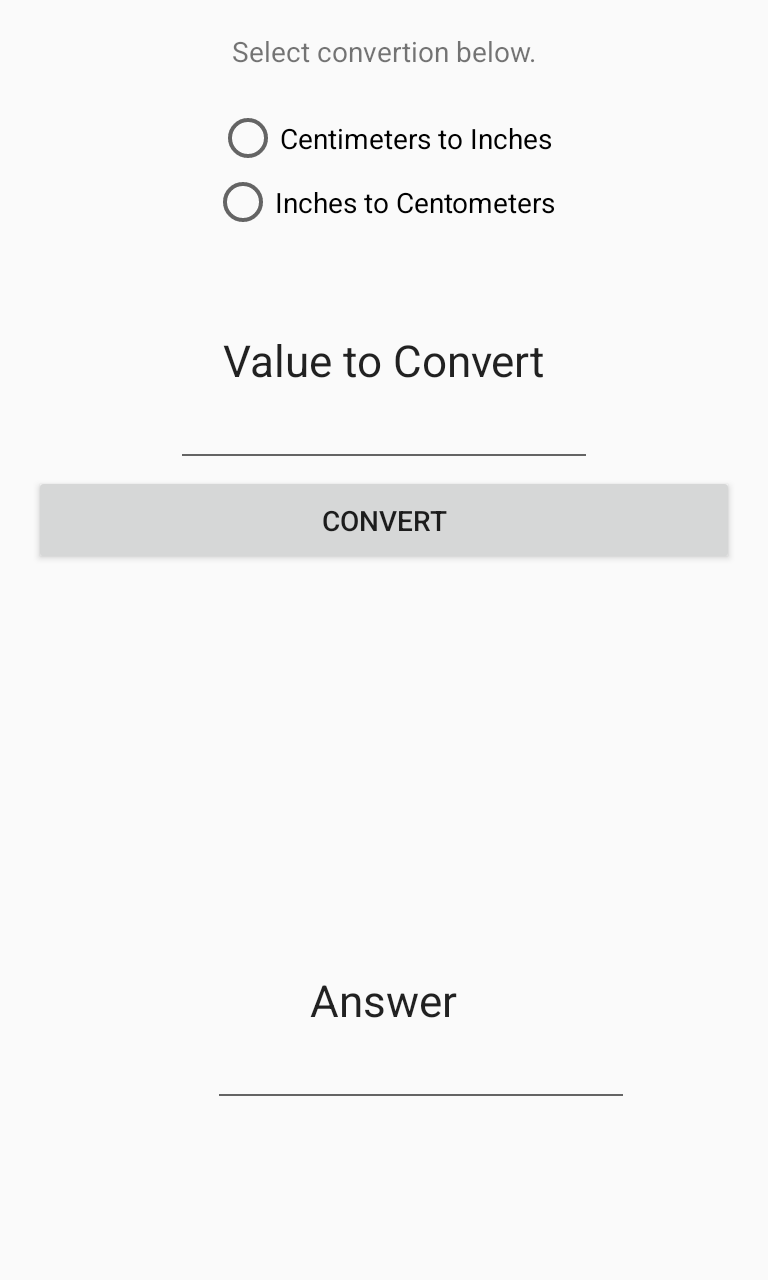
Repository: awayzo/6300Fall14Assignment4
Layout: UnitConvertor/res/layout/activity_dis.xml
An editor plug-in stored every save of this project. The layout is shown before and after the next save, followed by the edit.
It is drawn on a 768 x 1280 px phone screen (xhdpi) without system bars, with theme AppTheme; the app's code is not run.

Above is the layout before, as saved 2014-09-26 22:21:16.

### UnitConvertor/res/layout/activity_dis.xml
<RelativeLayout xmlns:android="http://schemas.android.com/apk/res/android"
    xmlns:tools="http://schemas.android.com/tools"
    android:layout_width="match_parent"
    android:layout_height="match_parent"
    android:paddingBottom="@dimen/activity_vertical_margin"
    android:paddingLeft="@dimen/activity_horizontal_margin"
    android:paddingRight="@dimen/activity_horizontal_margin"
    android:paddingTop="@dimen/activity_vertical_margin"
    tools:context="edu.gatech.seclass.unitconvertor.DisActivity" >

    <EditText
        android:id="@+id/txtAnswer"
        android:layout_width="wrap_content"
        android:layout_height="wrap_content"
        android:layout_alignLeft="@+id/radioSqfootToSqinch"
        android:layout_alignParentBottom="true"
        android:layout_marginBottom="68dp"
        android:ems="10"
        android:inputType="numberDecimal"/>
    <TextView
        android:id="@+id/lblAnswer"
        android:layout_width="wrap_content"
        android:layout_height="wrap_content"
        android:layout_above="@+id/txtAnswer"
        android:layout_centerHorizontal="true"
        android:text="Answer"
        android:textAppearance="?android:attr/textAppearanceLarge" />

    <TextView
        android:id="@+id/lblTitle_Distance"
        android:layout_width="wrap_content"
        android:layout_height="wrap_content"
        android:layout_alignParentTop="true"
        android:layout_centerHorizontal="true"
        android:text="Select convertion below." />

    <RadioButton
        android:id="@+id/radioSqinchToSqfoot"
        android:layout_width="wrap_content"
        android:layout_height="wrap_content"
        android:layout_below="@+id/lblTitle_Distance"
        android:layout_centerHorizontal="true"
        android:layout_marginTop="18dp"
        android:text="Centimeters to Inches" />

    <RadioButton
        android:id="@+id/radioSqfootToSqinch"
        android:layout_width="wrap_content"
        android:layout_height="wrap_content"
        android:layout_below="@+id/radioSqinchToSqfoot"
        android:layout_centerHorizontal="true"
        android:text="Inches to Centometers" />

    <TextView
        android:id="@+id/lblValue"
        android:layout_width="wrap_content"
        android:layout_height="wrap_content"
        android:layout_below="@+id/radioSqfootToSqinch"
        android:layout_centerHorizontal="true"
        android:layout_marginTop="48dp"
        android:text="Value to Convert"
        android:textAppearance="?android:attr/textAppearanceLarge" />

    <EditText
        android:id="@+id/txtValue"
        android:layout_width="wrap_content"
        android:layout_height="wrap_content"
        android:layout_below="@+id/lblValue"
        android:layout_centerHorizontal="true"
        android:ems="10"
        android:inputType="numberDecimal" />


    <Button
        android:id="@+id/btnConvert"
        android:layout_width="match_parent"
        android:layout_height="wrap_content"
        android:layout_below="@+id/txtValue"
        android:layout_centerHorizontal="true"
        android:text="Convert" />

</RelativeLayout>

Loaded but not shown: UnitConvertor/res/values/styles.xml (common file); UnitConvertor/res/values-v11/styles.xml (common file); UnitConvertor/res/values-v14/styles.xml (common file); UnitConvertor/res/values/dimens.xml (common file); UnitConvertor/res/values-w820dp/dimens.xml (common file)

After the next save:
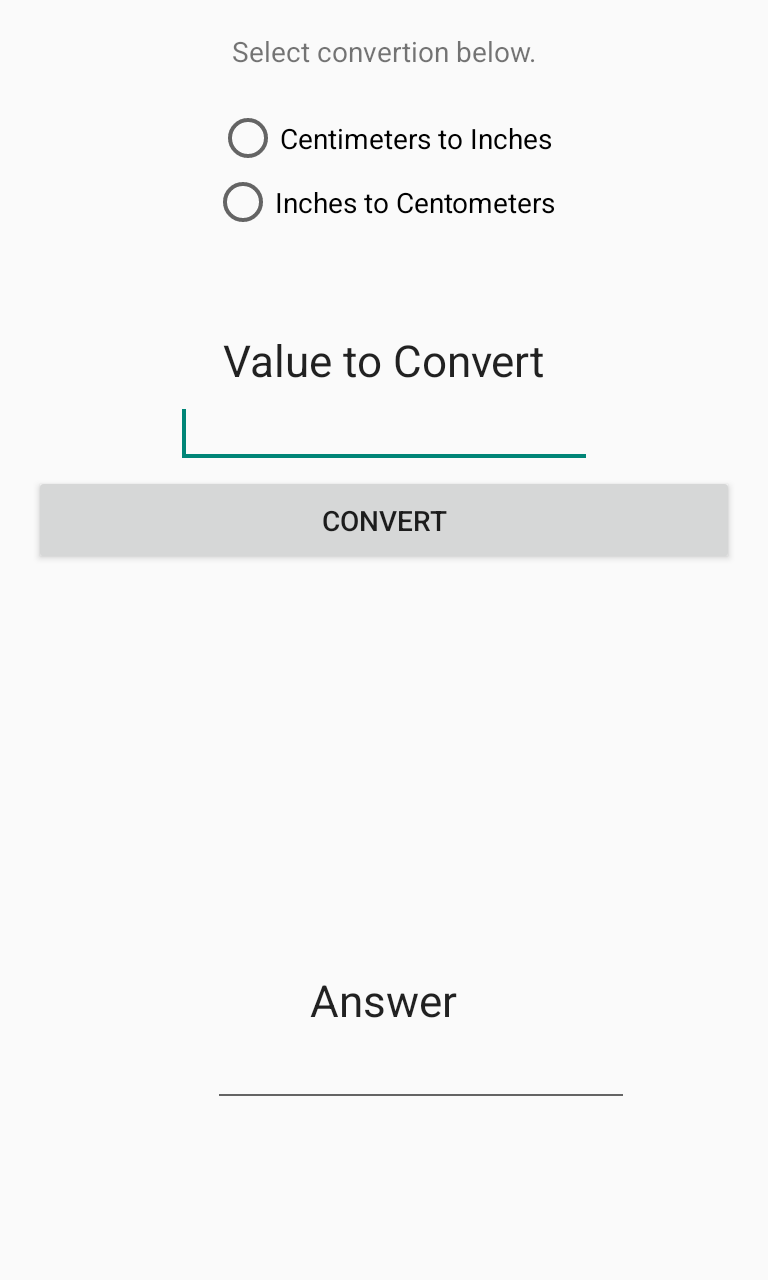
Saved 12 s later.
--- a/UnitConvertor/res/layout/activity_dis.xml
+++ b/UnitConvertor/res/layout/activity_dis.xml
@@ -68,8 +68,10 @@
         android:layout_below="@+id/lblValue"
         android:layout_centerHorizontal="true"
         android:ems="10"
-        android:inputType="numberDecimal" />
+        android:inputType="numberDecimal" >
 
+        <requestFocus />
+    </EditText>
 
     <Button
         android:id="@+id/btnConvert"
